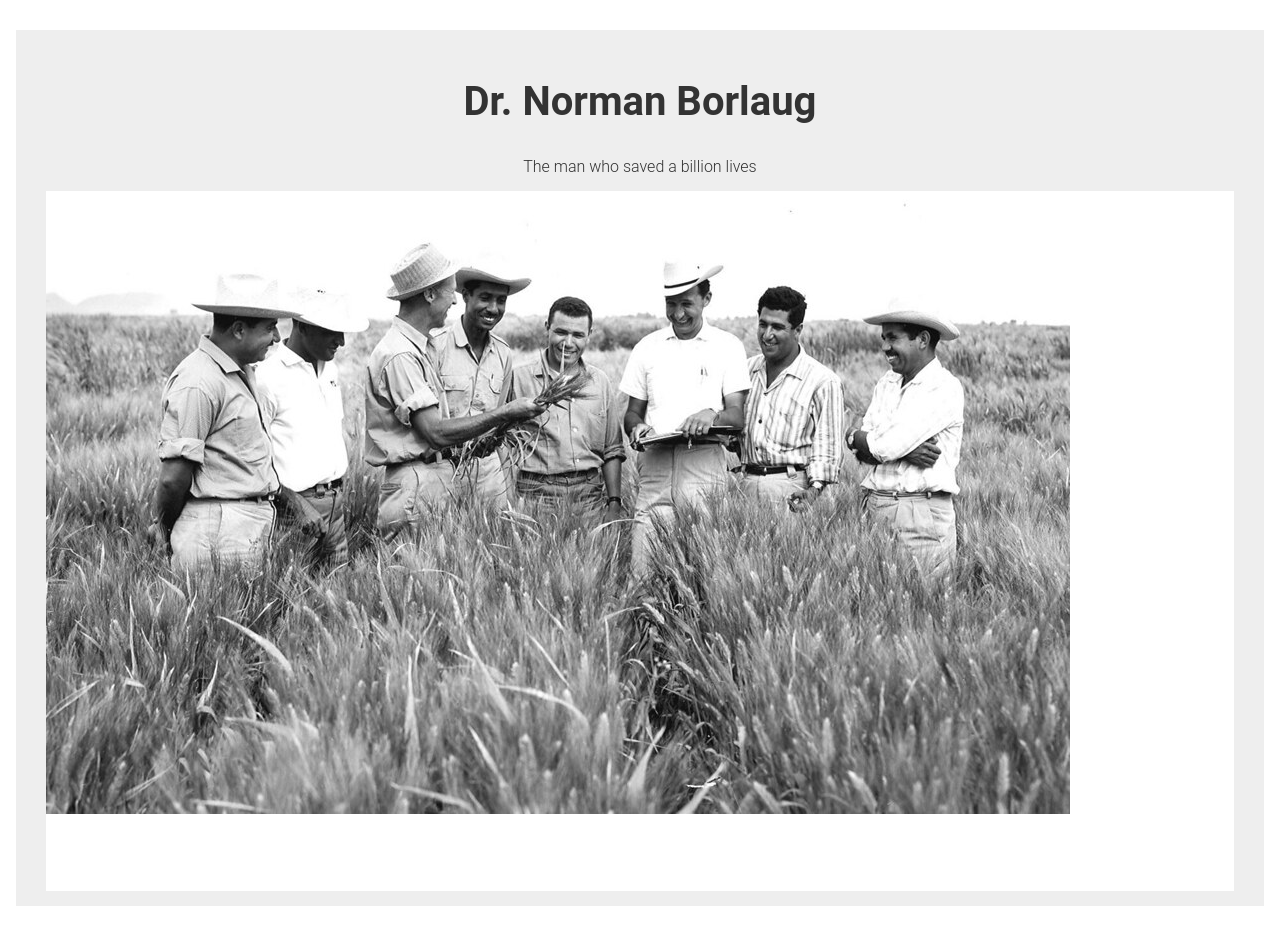
Repository: HTDuy01/github-demo
Page: freecodecamp/index.html
The author's editor kept a copy of each file at every save. The page is drawn from the files as they stood at one save, then again after the next save.
The browser window is 1280 px wide. The pictures show the whole page.

Above is the page before, as saved 2021-11-17 20:14:03.

### freecodecamp/index.html
<!DOCTYPE html>
<html lang="en">
<head>
    <meta charset="UTF-8">
    <meta http-equiv="X-UA-Compatible" content="IE=edge">
    <meta name="viewport" content="width=device-width, initial-scale=1.0">
    <title>Document</title>
    <link rel="stylesheet" href="/assets/css/style.css">
    <link rel="stylesheet" href="/assets/css/base.css">
</head>
<body>
    <div class="main">
        <header id="title">
            <h1 class="heading">Dr. Norman Borlaug</h1>
            <p class="sub-heading">The man who saved a billion lives</p>
        </header>

        <div id="img-div">
            <img src="/assets/img/tribute-page-main-image.jpg" alt="" class="img">
        </div>

        <div class="content">

        </div>

        <footer class="footer">

        </footer>
    </div>
</body>
</html>

### freecodecamp/assets/css/style.css
.main {
    background-color: #eee;
    margin: 30px 8px;
    padding: 15px;
}

/* header */
#title {
    text-align: center;
}

.heading {
    color: var(--color-header);
    font-size: 4rem;
    font-weight: 600;
    margin-top: 27px;
    line-height: 60px;
}

.sub-heading {
    font-size: 1.6rem;
    color: var(--color-header);
    font-weight: 300;
}

/* Bener */
#img-div {
    height: 700px;
    background-color: #fff;
    margin: 0 15px;
}

### freecodecamp/assets/css/base.css

* {
    box-sizing: inherit;
}

html {
    font-size: 62.5%;
    line-height: 1.6rem;
    font-family: 'Roboto', sans-serif;
    box-sizing: border-box;
}

:root {
    --color-header:#333;
}

After the next save:
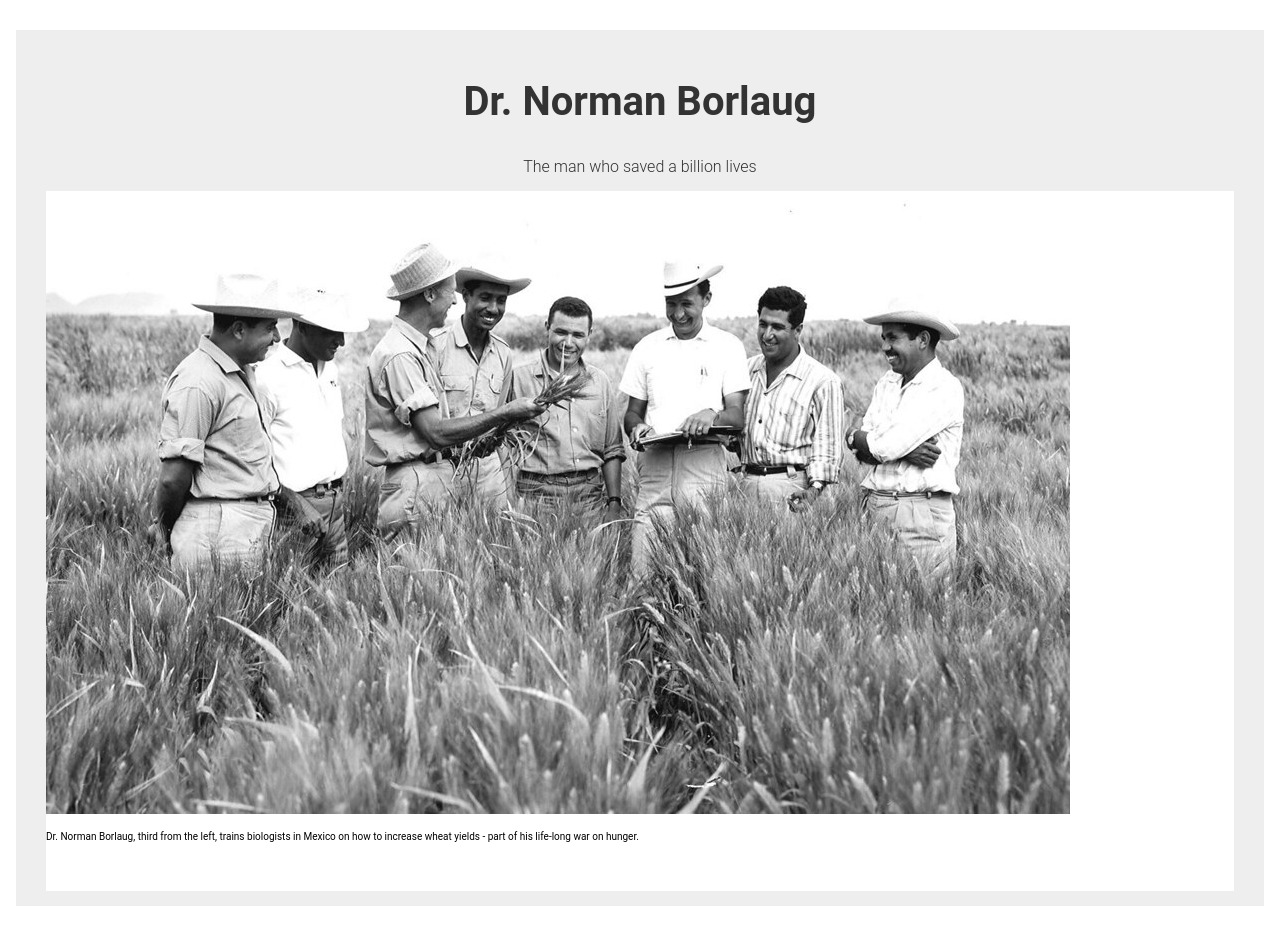
Saved 99 s later.
--- a/freecodecamp/index.html
+++ b/freecodecamp/index.html
@@ -17,6 +17,7 @@
 
         <div id="img-div">
             <img src="/assets/img/tribute-page-main-image.jpg" alt="" class="img">
+            <p class="content-img">Dr. Norman Borlaug, third from the left, trains biologists in Mexico on how to increase wheat yields - part of his life-long war on hunger.</p>
         </div>
 
         <div class="content">
